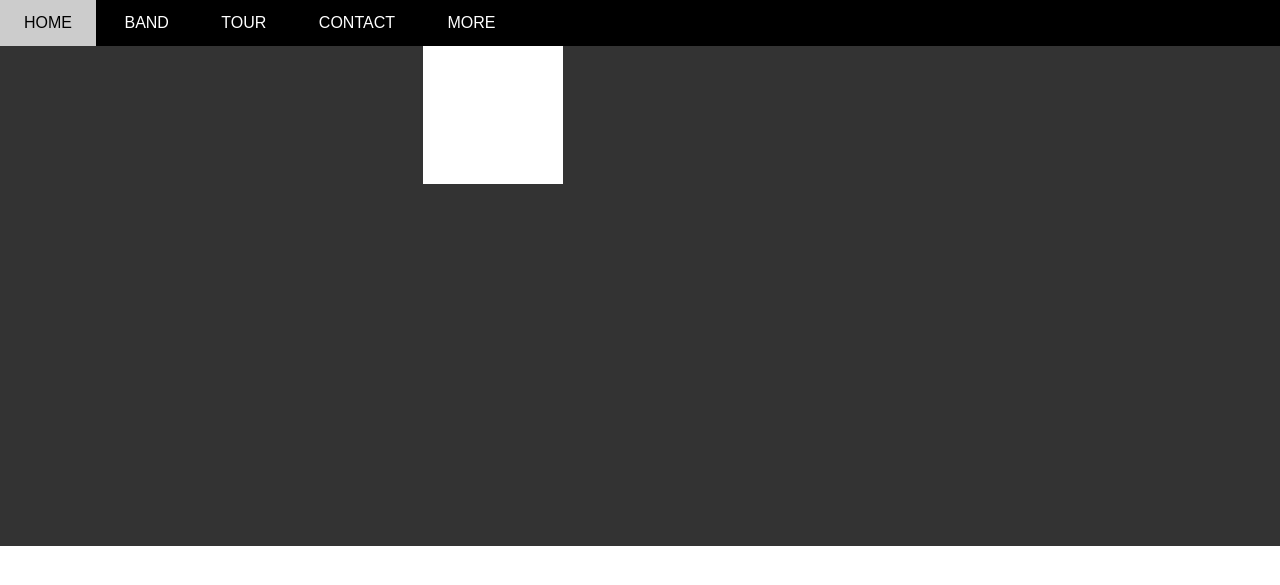
Repository: phanvu0103/HTML-CSS
Page: Thực-Hành-Dự-Án-Số-1-Xây-dựng-web-the-band/index.html
An editor plug-in stored every save of this project. The page is shown before and after the next save, followed by the edit.
The browser window is 1280 px wide. The pictures show the whole page.

Above is the page before, as saved 2022-09-28 15:59:48.

After the next save:
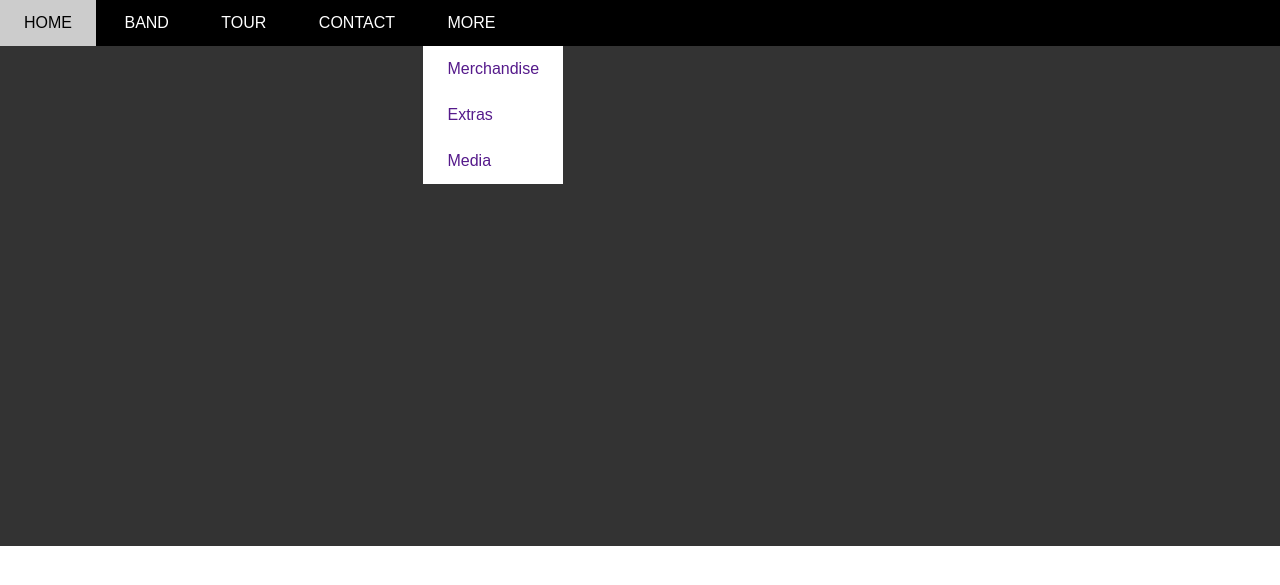
Saved 46 s later.
--- a/Thực-Hành-Dự-Án-Số-1-Xây-dựng-web-the-band/assets/css/style.css
+++ b/Thực-Hành-Dự-Án-Số-1-Xây-dựng-web-the-band/assets/css/style.css
@@ -67,12 +67,12 @@
     thẻ a cấp 1 ( Home. band....) ko tác động đến
     thẻ a cấp 2 (Merchandise, Extras,...)
    ko liên qua đến thẻ a
-   chuyển color: #fff;
+   chuyển color: #fff; của #nav li a lên #nav > li > a
   */
+  color: #fff;
 }
 
 #nav li a {
-  color: #fff;
   text-decoration: none;
   line-height: 46px;
   /* line-height: 46px canh cho

After the 2 saves that followed:
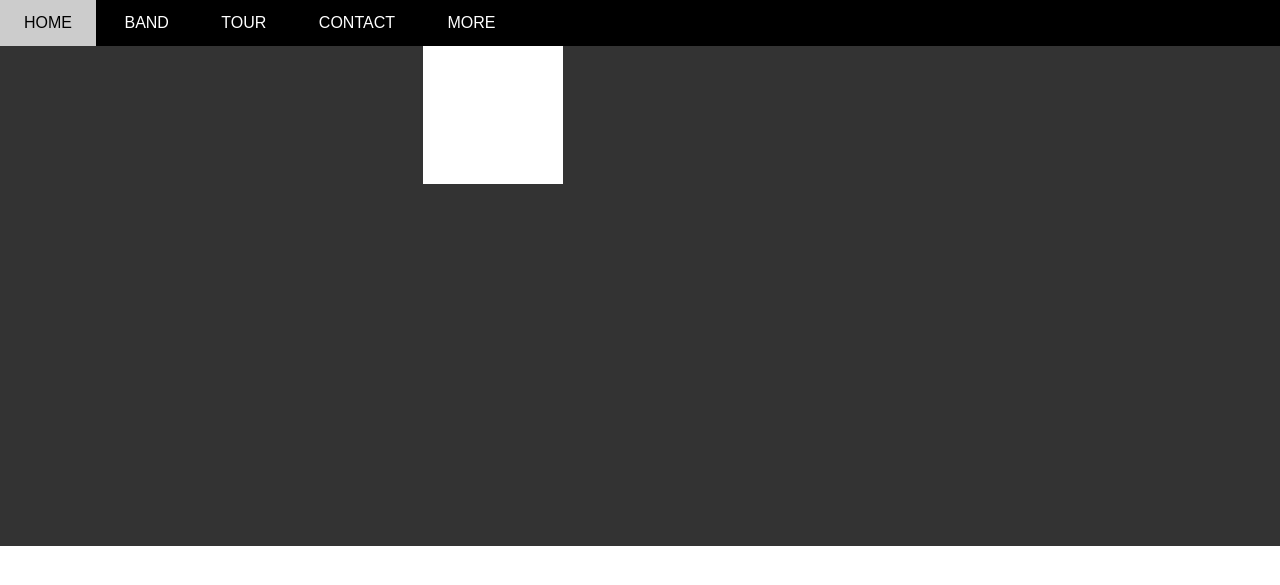
The 2 saves are shown as one change because 1 left the picture as it was.
The last was saved 2 min 9 s later.
--- a/Thực-Hành-Dự-Án-Số-1-Xây-dựng-web-the-band/assets/css/style.css
+++ b/Thực-Hành-Dự-Án-Số-1-Xây-dựng-web-the-band/assets/css/style.css
@@ -67,12 +67,14 @@
     thẻ a cấp 1 ( Home. band....) ko tác động đến
     thẻ a cấp 2 (Merchandise, Extras,...)
    ko liên qua đến thẻ a
-   chuyển color: #fff; của #nav li a lên #nav > li > a
+   chuyển color: #fff; của #nav li a lên
+   #nav > li > a để hiện thanh
   */
-  color: #fff;
+  /* color: #fff; */
 }
 
 #nav li a {
+  color: #fff;
   text-decoration: none;
   line-height: 46px;
   /* line-height: 46px canh cho
